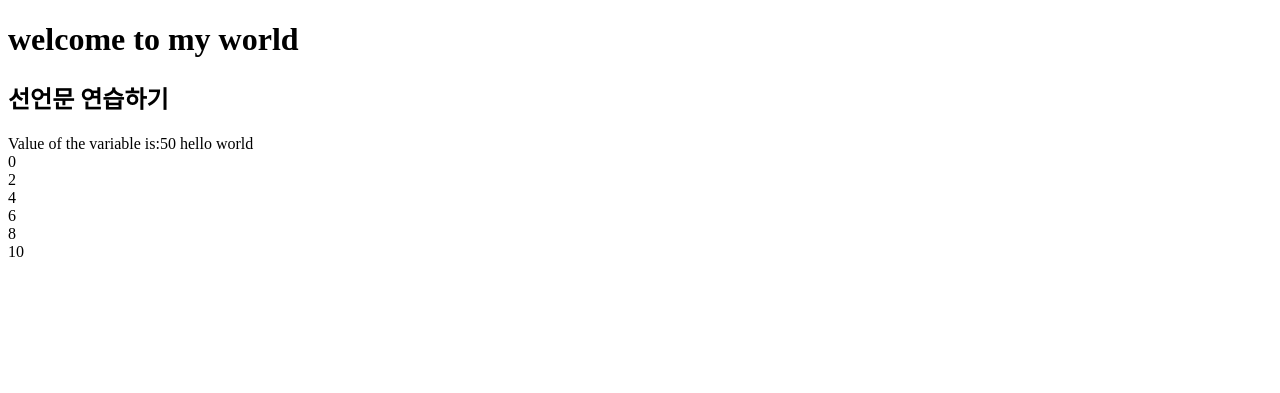
Repository: ifpi98/java_e
Page: http://localhost/jspproject/test1.jsp
An editor plug-in stored every save of this project. The page is shown before and after the next save, followed by the edit.
The browser window is 1280 px wide. The pictures show the whole page.
The page is served by Tomcat 9.

Above is the page before, as saved 2023-07-06 02:29:28.

After the next save:
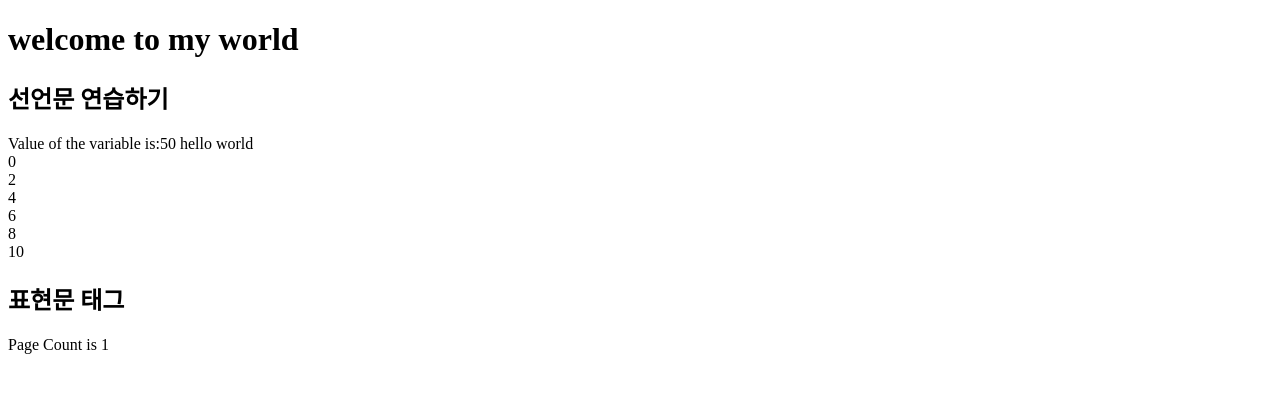
Saved 81 s later.
--- a/jspproject/src/main/webapp/test1.jsp
+++ b/jspproject/src/main/webapp/test1.jsp
@@ -27,5 +27,10 @@
 			out.println(i + "<br>");
 	}%>
 
+	<h2> 표현문 태그</h2>
+	<% int count = 0; %>
+	Page Count is <%= ++count %>
+
+
 </body>
 </html>
